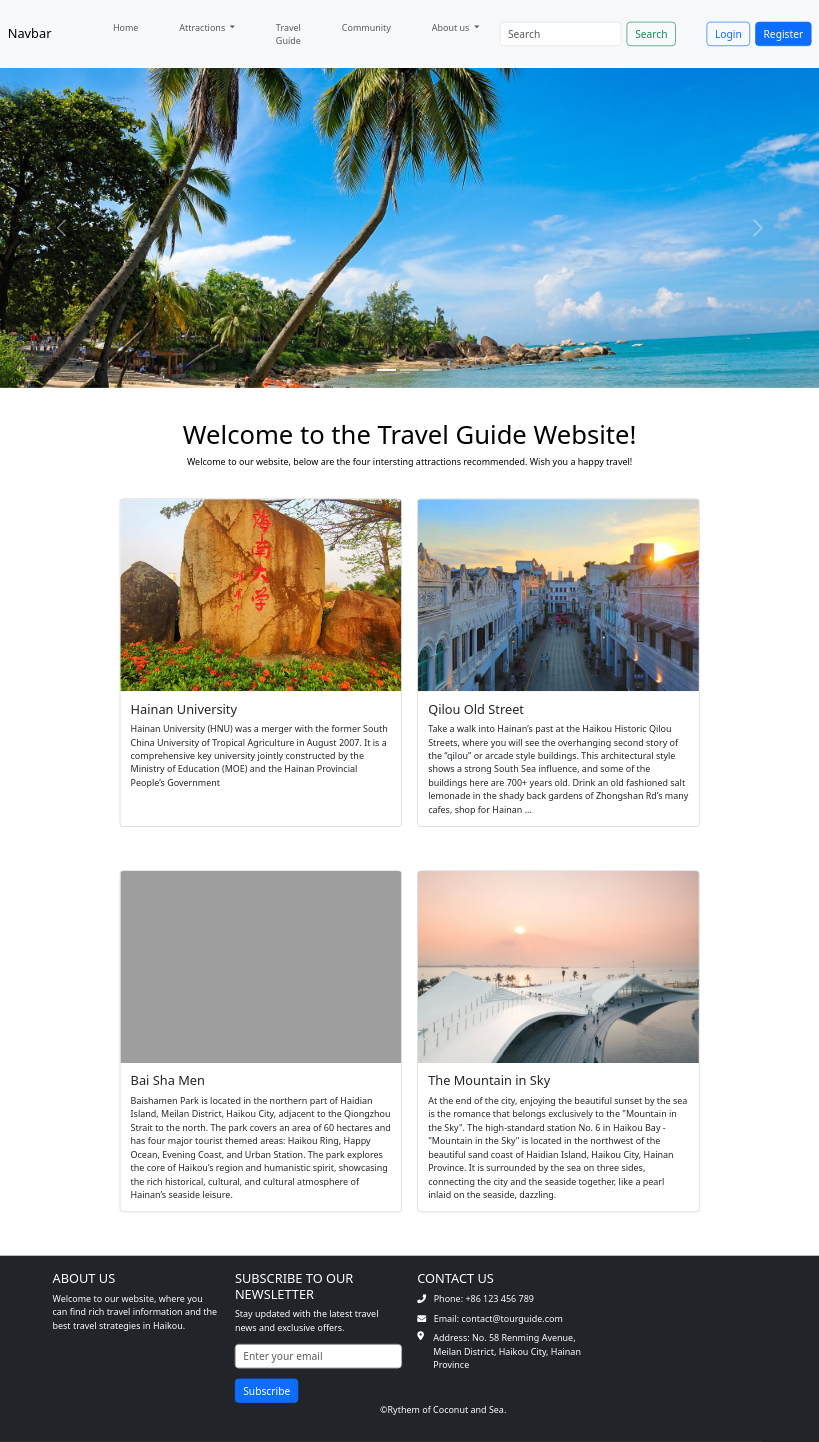
Repository: NIIT-RG6/web-project
Page: /
These files come from the project's save history. The page is drawn as it stood at one moment and after the next save; the edit follows.
The browser window is 1280 px wide. The pictures show the whole page, at 64% of full size.
Pictures or frames that could not be fetched are drawn as grey boxes. The project was rebuilt for these pictures with package versions that can differ from the ones it lists, and the page was loaded fresh each time. Also part of the build but not shown: vue.config.js, src/views/College.vue, src/views/Foods.vue, src/views/Park.vue, src/views/Sky.vue, src/views/Street.vue, src/views/StrategyHome.vue, src/views/StrategyBlog.vue and 6 more. Imported but missing from the stored project, and not drawn on this page: src/assets/js/vuetify.js.

Above is the page before, as saved 2024-10-25 03:56:59.

### src/main.js
import 'bootstrap/dist/css/bootstrap.min.css';
import 'bootstrap/dist/js/bootstrap.bundle.min.js';
import "element-plus/dist/index.css";
import '@fortawesome/fontawesome-free/css/all.css';

import * as ElementPlusIconsVue from "@element-plus/icons-vue";

import { createApp } from 'vue';
import App from './App.vue';
import router from './router';
//import vuetify from '../src/assets/js/vuetify'
import ElementPlus from "element-plus";



//import '../src/assets/js/vuetify'
import '@/assets/css/global.css'


createApp(App)
  .use(ElementPlus)
  .use(router)
  //.use(vuetify)
  .use((app) => {
    for (const [key, component] of Object.entries(ElementPlusIconsVue)) {
      app.component(key, component);
    }
  })
  .mount("#app");


// Vue.use(vuetify)
// Vue.config.productionTip = false
// new Vue({
//   vuetify,
//   router,
//   render: h => h(App)
// }).$mount('#app')

### src/App.vue
<template>
	<div id="app">
		<!-- 只有在当前路径不属于隐藏列表时才显示 NavBar -->
		<NavBar v-if="!shouldHideNavAndFooter" />

		<!-- 路由视图 -->
		<router-view />

		<!-- 只有在当前路径不属于隐藏列表时才显示 AppFooter -->
		<AppFooter v-if="!shouldHideNavAndFooter" />
	</div>
</template>

<script>
//import "./style.css";
import NavBar from './components/NavBar.vue';
import AppFooter from './components/AppFooter.vue';
import { computed } from 'vue';
import { useRoute } from 'vue-router';


export default {
	components: {
		NavBar,
		AppFooter
	},
	setup() {
		// 使用 useRoute 钩子获取当前路由
		const route = useRoute();

		// 定义需要隐藏 NavBar 和 AppFooter 的路径
		const hiddenRoutes = ['/login', '/register', '/forgot', '/about-us/contract', '/about-us/privacy'];

		// 判断当前路由路径是否在隐藏列表中
		const shouldHideNavAndFooter = computed(() => hiddenRoutes.includes(route.path));

		return {
			shouldHideNavAndFooter
		};
	}
};
</script>

<style scoped lang="less"></style>

### src/assets/css/global.css
/* * {
    box-sizing: border-box;
} */
 body {
    color: #000;
    font-size: 14px;
    margin: 0;
    padding: 0;
 }

### src/components/NavBar.vue
<template>
  <nav class="navbar navbar-expand-lg bg-body-tertiary py-4">
    <div class="container-fluid">
      <a class="navbar-brand" href="#">Navbar</a>
      <button class="navbar-toggler" type="button" data-bs-toggle="collapse" data-bs-target="#navbarSupportedContent"
        aria-controls="navbarSupportedContent" aria-expanded="false" aria-label="Toggle navigation">
        <span class="navbar-toggler-icon"></span>
      </button>
      <div class="collapse navbar-collapse" id="navbarSupportedContent">
        <ul class="navbar-nav me-auto mb-2 mb-lg-0 mx-5">
          <li class="nav-item mx-4">
            <router-link to="/" class="nav-link">Home</router-link>
          </li>

          <!-- Attractions Dropdown -->
          <li class="nav-item dropdown mx-4">
            <a class="nav-link dropdown-toggle" href="#" role="button" data-bs-toggle="dropdown" aria-expanded="false">
              Attractions
            </a>
            <ul class="dropdown-menu">
              <li><router-link to="/attractions/college" class="dropdown-item">Hainan University</router-link></li>
              <li><router-link to="/attractions/park" class="dropdown-item">Baishamen Park</router-link></li>
              <li><router-link to="/attractions/sky" class="dropdown-item">The Sky Mountain</router-link></li>
              <li><router-link to="/attractions/street" class="dropdown-item">Qilou Street</router-link></li>
              <li><router-link to="/attractions/foods" class="dropdown-item">Haikou Foods</router-link></li>
            </ul>
          </li>

          <li class="nav-item mx-4">
            <router-link to="/guide" class="nav-link">Travel Guide</router-link>
          </li>

          <li class="nav-item mx-4">
            <router-link to="/community" class="nav-link">Community</router-link>
          </li>

          <!-- About Us Dropdown -->
          <li class="nav-item dropdown mx-4">
            <a class="nav-link dropdown-toggle" href="#" role="button" data-bs-toggle="dropdown" aria-expanded="false">
              About us
            </a>
            <ul class="dropdown-menu">
              <li><router-link to="/about-us/team" class="dropdown-item">Team</router-link></li>
              <li><router-link to="/about-us/contract" class="dropdown-item">Contract</router-link></li>
              <li><router-link to="/about-us/privacy" class="dropdown-item">Privacy</router-link></li>
            </ul>
          </li>
        </ul>

        <!-- Search Form -->
        <form class="d-flex mx-auto" role="search">
          <input class="form-control me-2" type="search" placeholder="Search" aria-label="Search">
          <button class="btn btn-outline-success" type="submit">Search</button>
        </form>

        <!-- Login and Register Buttons -->
        <router-link to="/login" class="btn btn-outline-primary ms-5">Login</router-link>
        <router-link to="/register" class="btn btn-primary ms-2">Register</router-link>
      </div>
    </div>
  </nav>
</template>

<script>
export default {
  name: 'NavBar'
}
</script>

### src/components/AppFooter.vue
<template>
    <footer class="footer bg-dark text-white py-4">
        <div class="container">
            <div class="row">
                <!-- ABOUT US -->
                <div class="col-md-3">
                    <!-- <img :src="" alt=""> -->
                    <h5>ABOUT US</h5>
                    <p>Welcome to our website, where you can find rich travel information and the best travel strategies
                        in Haikou.</p>
                </div>

                <!-- NEWSLETTER SIGNUP -->
                <div class="col-md-3 offset-md-auto justify-content-center">
                    <h5>SUBSCRIBE TO OUR NEWSLETTER</h5>
                    <p>Stay updated with the latest travel news and exclusive offers.</p>
                    <form>
                        <div class="mb-3">
                            <input type="email" class="form-control" placeholder="Enter your email" />
                        </div>
                        <button type="submit" class="btn btn-primary">Subscribe</button>
                    </form>
                </div>


                <!-- CONTACT US -->
                <div class="col-md-3 offset-md-auto">
                    <h5>CONTACT US</h5>
                    <ul class="list-unstyled contact-info">
                        <li>
                            <i class="fas fa-phone-alt"></i> Phone: +86 123 456 789
                        </li>
                        <li>
                            <i class="fas fa-envelope"></i> Email: contact@tourguide.com
                        </li>
                        <li class="address-item">
                            <i class="fas fa-map-marker-alt"></i> Address: No. 58 Renming Avenue, Meilan District,
                            Haikou City, Hainan Province
                        </li>
                    </ul>
                </div>
            </div>
            <div class="row offset-md-1">
                <div class="col text-center">
                    <p>&copy;Rythem of Coconut and Sea. </p>
                </div>
            </div>
        </div>
    </footer>
</template>

<script>
export default {
    name: 'AppFooter'
}
</script>

<style scoped>
.footer {
    background-color: #343a40;
    color: #ffffff;
    padding: 20px 0;
}

.contact-info li {
    margin-bottom: 10px;
}

.contact-info i {
    margin-right: 8px;
}

.footer a {
    color: #ffffff;
    transition: color 0.3s;
}

.footer a:hover {
    color: #dddddd;
}

.address-item {
    position: relative;
    padding-left: 25px;
}

.address-item i {
    position: absolute;
    left: 0;
    top: 0;
}

.address-item span {
    display: inline-block;
    margin-left: 25px;
}
</style>

### src/views/HomePage.vue
<template>
    <div class="homepage">
        <!-- carousel slide -->

        <div id="carouselExampleIndicators" class="carousel slide">
            <div class="carousel-indicators">
                <button type="button" data-bs-target="#carouselExampleIndicators" data-bs-slide-to="0" class="active"
                    aria-current="true" aria-label="Slide 1"></button>
                <button type="button" data-bs-target="#carouselExampleIndicators" data-bs-slide-to="1"
                    aria-label="Slide 2"></button>
                <button type="button" data-bs-target="#carouselExampleIndicators" data-bs-slide-to="2"
                    aria-label="Slide 3"></button>
            </div>
            <div class="carousel-inner">
                <div class="carousel-item active">
                    <img :src="firstImage" class="d-block w-100 custom-carousel-img" alt="..." />
                </div>
                <div class="carousel-item">
                    <img :src="secondImage" class="d-block w-100 custom-carousel-img" alt="..." />
                </div>
                <div class="carousel-item">
                    <img :src="thirdImage" class="d-block w-100 custom-carousel-img" alt="..." />
                </div>
            </div>
            <button class="carousel-control-prev" type="button" data-bs-target="#carouselExampleIndicators"
                data-bs-slide="prev">
                <span class="carousel-control-prev-icon" aria-hidden="true"></span>
                <span class="visually-hidden">Previous</span>
            </button>
            <button class="carousel-control-next" type="button" data-bs-target="#carouselExampleIndicators"
                data-bs-slide="next">
                <span class="carousel-control-next-icon" aria-hidden="true"></span>
                <span class="visually-hidden">Next</span>
            </button>
        </div>

        <!-- main content -->
        <div class="container mt-5">
            <h1 class="text-center">Welcome to the Travel Guide Website!</h1>
            <p class="text-center">{{ message }}</p>
        </div>

        <!-- card -->
        <div class="container row mt-5 mx-auto justify-content-center">
            <div class="col-md-5 mb-5 card-group" v-for="(attraction, index) in Attractions" :key="index">
                <div class="card">
                    <img :src="attraction.image" class="card-img-top custom-card-img" :alt="attraction.name">
                    <div class="card-body">
                        <h5 class="card-title">{{ attraction.name }}</h5>
                        <p class="card-text">{{ attraction.description }}</p>
                    </div>
                </div>
            </div>
        </div>
    </div>
</template>

<script>
export default {
    name: "HomePage",
    data() {
        return {
            message: "Welcome to our website, below are the four intersting attractions recommended. Wish you a happy travel!",
            firstImage: require('@/assets/images/Carousel1.jpg'),
            secondImage: require('@/assets/images/QiLou.webp'),
            thirdImage: require('@/assets/images/SkyMountain.png'),
            Attractions: [
                {
                    name: 'Hainan University',
                    description: 'Hainan University (HNU) was a merger with the former South China University of Tropical Agriculture in August 2007. It is a comprehensive key university jointly constructed by the Ministry of Education (MOE) and the Hainan Provincial People’s Government',
                    image: require('@/assets/images/HNU.jpg')
                },
                {
                    name: 'Qilou Old Street',
                    description: 'Take a walk into Hainan’s past at the Haikou Historic Qilou Streets, where you will see the overhanging second story of the “qilou” or arcade style buildings. This architectural style shows a strong South Sea influence, and some of the buildings here are 700+ years old. Drink an old fashioned salt lemonade in the shady back gardens of Zhongshan Rd’s many cafes, shop for Hainan ...',
                    image: require('@/assets/images/QiLou.webp')
                },
                {
                    name: 'Bai Sha Men',
                    description: 'Baishamen Park is located in the northern part of Haidian Island, Meilan District, Haikou City, adjacent to the Qiongzhou Strait to the north. The park covers an area of 60 hectares and has four major tourist themed areas: Haikou Ring, Happy Ocean, Evening Coast, and Urban Station. The park explores the core of Haikou’s region and humanistic spirit, showcasing the rich historical, cultural, and cultural atmosphere of Hainan’s seaside leisure.',
                    image: require('@/assets/images/BaiShaMen.png')
                },
                {
                    name: 'The Mountain in Sky',
                    description: 'At the end of the city, enjoying the beautiful sunset by the sea is the romance that belongs exclusively to the "Mountain in the Sky". The high-standard station No. 6 in Haikou Bay - "Mountain in the Sky" is located in the northwest of the beautiful sand coast of Haidian Island, Haikou City, Hainan Province. It is surrounded by the sea on three sides, connecting the city and the seaside together, like a pearl inlaid on the seaside, dazzling.',
                    image: require('@/assets/images/SkyMountain.png')
                }
            ]
        };
    }
};
</script>

<style scoped>
.custom-carousel-img {
    height: 500px;
    object-fit: cover;
}

.card {
    margin-bottom: 20px;
}

.custom-card-img {
    height: 300px;
    object-fit: cover;
}
</style>

Loaded but not shown: public/index.html (common file); src/router/index.js (83 lines, source omitted)

After the next save:
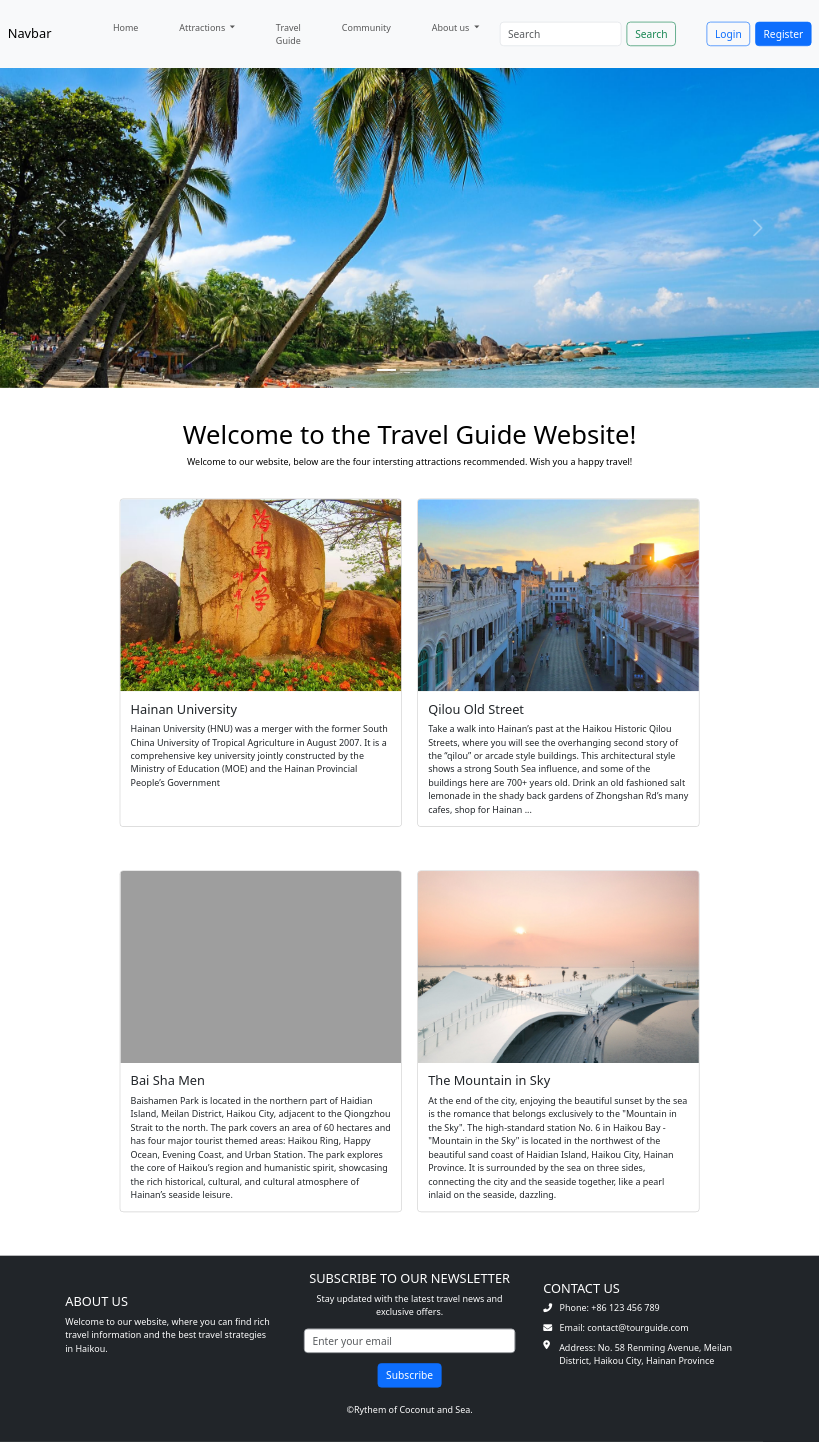
Saved 109 s later.
--- a/src/components/AppFooter.vue
+++ b/src/components/AppFooter.vue
@@ -1,17 +1,16 @@
 <template>
     <footer class="footer bg-dark text-white py-4">
         <div class="container">
-            <div class="row">
-                <!-- ABOUT US -->
-                <div class="col-md-3">
-                    <!-- <img :src="" alt=""> -->
+            <div class="row align-items-center justify-content-between">
+                <!-- About us -->
+                <div class="col-md-3 about-us">
                     <h5>ABOUT US</h5>
                     <p>Welcome to our website, where you can find rich travel information and the best travel strategies
                         in Haikou.</p>
                 </div>
 
-                <!-- NEWSLETTER SIGNUP -->
-                <div class="col-md-3 offset-md-auto justify-content-center">
+                <!-- Subscribe to our newsletter -->
+                <div class="col-md-4 newsletter text-center">
                     <h5>SUBSCRIBE TO OUR NEWSLETTER</h5>
                     <p>Stay updated with the latest travel news and exclusive offers.</p>
                     <form>
@@ -22,9 +21,8 @@
                     </form>
                 </div>
 
-
-                <!-- CONTACT US -->
-                <div class="col-md-3 offset-md-auto">
+                <!-- Contact us -->
+                <div class="col-md-3 contact-us">
                     <h5>CONTACT US</h5>
                     <ul class="list-unstyled contact-info">
                         <li>
@@ -40,7 +38,7 @@
                     </ul>
                 </div>
             </div>
-            <div class="row offset-md-1">
+            <div class="row mt-4">
                 <div class="col text-center">
                     <p>&copy;Rythem of Coconut and Sea. </p>
                 </div>
@@ -94,4 +92,26 @@
     display: inline-block;
     margin-left: 25px;
 }
+
+/* Flex layout to ensure center alignment */
+.row {
+    display: flex;
+    align-items: center;
+    justify-content: space-between;
+}
+
+.newsletter {
+    text-align: center;
+}
+
+.about-us,
+.contact-us {
+    margin: 0 20px;
+}
+
+/* Adjust spacing to achieve balanced look */
+.col-md-3,
+.col-md-4 {
+    flex: 1;
+}
 </style>

After the save that followed:
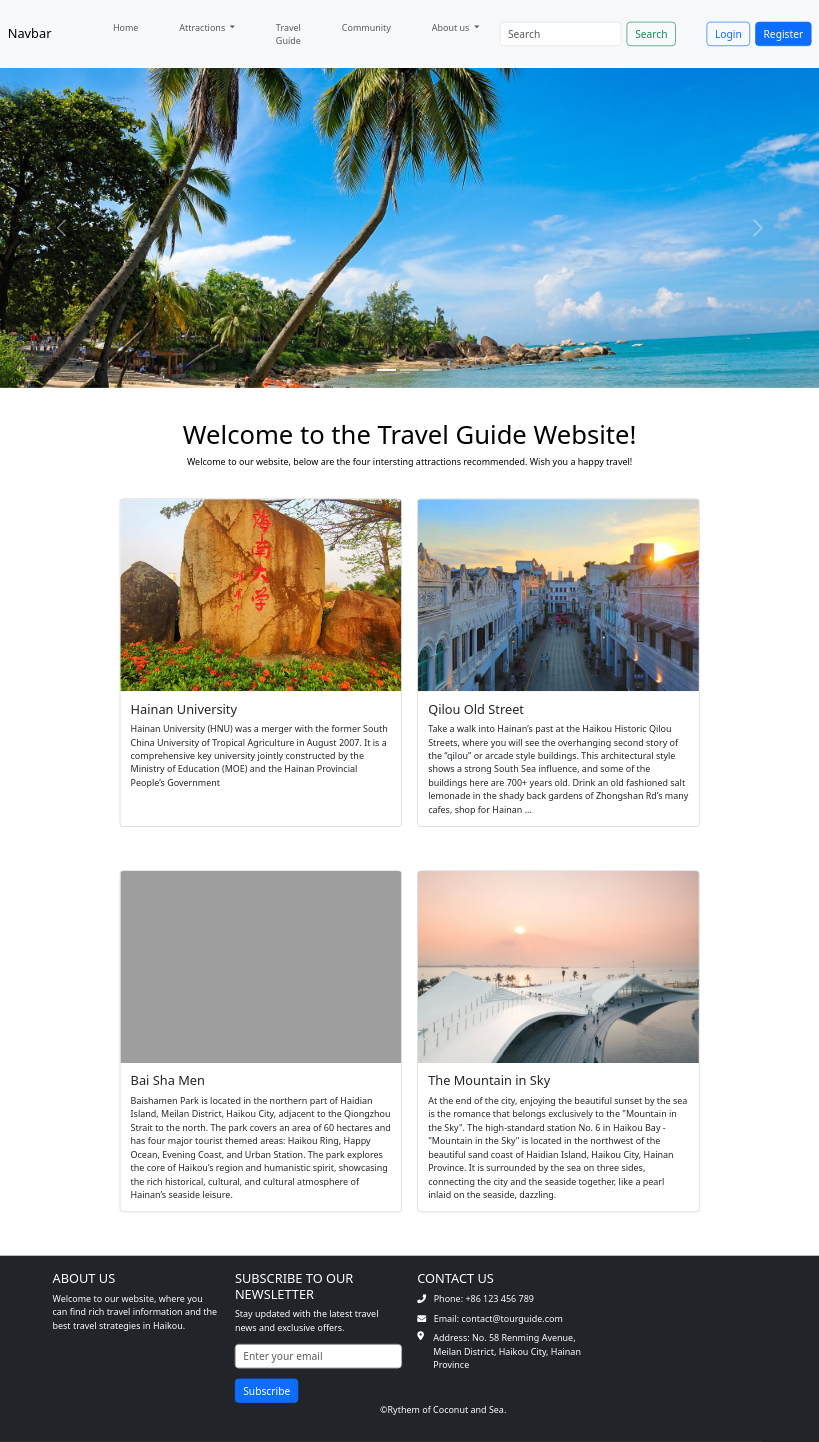
Saved 30 s later.
--- a/src/components/AppFooter.vue
+++ b/src/components/AppFooter.vue
@@ -1,16 +1,17 @@
 <template>
     <footer class="footer bg-dark text-white py-4">
         <div class="container">
-            <div class="row align-items-center justify-content-between">
-                <!-- About us -->
-                <div class="col-md-3 about-us">
+            <div class="row">
+                <!-- ABOUT US -->
+                <div class="col-md-3">
+                    <!-- <img :src="" alt=""> -->
                     <h5>ABOUT US</h5>
                     <p>Welcome to our website, where you can find rich travel information and the best travel strategies
                         in Haikou.</p>
                 </div>
 
-                <!-- Subscribe to our newsletter -->
-                <div class="col-md-4 newsletter text-center">
+                <!-- NEWSLETTER SIGNUP -->
+                <div class="col-md-3 offset-md-auto justify-content-center">
                     <h5>SUBSCRIBE TO OUR NEWSLETTER</h5>
                     <p>Stay updated with the latest travel news and exclusive offers.</p>
                     <form>
@@ -21,8 +22,9 @@
                     </form>
                 </div>
 
-                <!-- Contact us -->
-                <div class="col-md-3 contact-us">
+
+                <!-- CONTACT US -->
+                <div class="col-md-3 offset-md-auto">
                     <h5>CONTACT US</h5>
                     <ul class="list-unstyled contact-info">
                         <li>
@@ -38,7 +40,7 @@
                     </ul>
                 </div>
             </div>
-            <div class="row mt-4">
+            <div class="row offset-md-1">
                 <div class="col text-center">
                     <p>&copy;Rythem of Coconut and Sea. </p>
                 </div>
@@ -92,26 +94,4 @@
     display: inline-block;
     margin-left: 25px;
 }
-
-/* Flex layout to ensure center alignment */
-.row {
-    display: flex;
-    align-items: center;
-    justify-content: space-between;
-}
-
-.newsletter {
-    text-align: center;
-}
-
-.about-us,
-.contact-us {
-    margin: 0 20px;
-}
-
-/* Adjust spacing to achieve balanced look */
-.col-md-3,
-.col-md-4 {
-    flex: 1;
-}
 </style>
